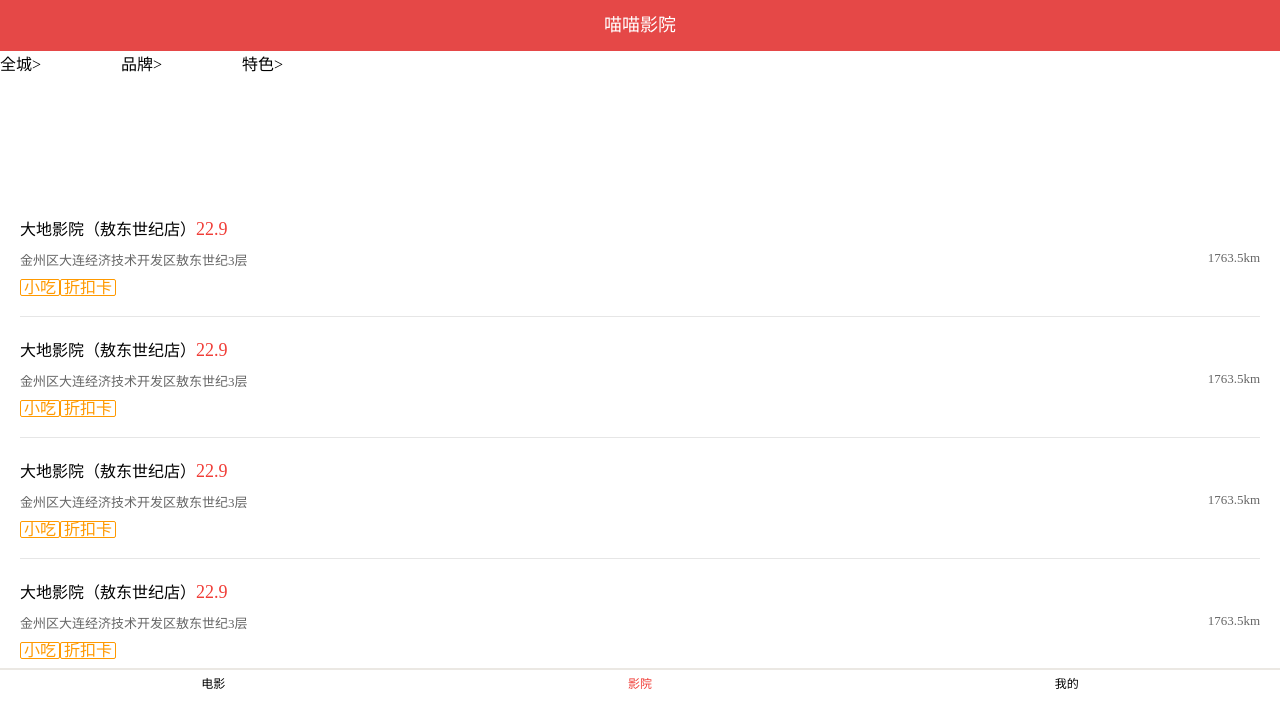
Repository: X-J-0/miaomiao_film
Page: /cinema (app in miaomiao/)
An editor plug-in stored every save of this project. The page is shown before and after the next save, followed by the edit.
The browser window is 1280 px wide. The pictures show the whole page.
The project was rebuilt for these pictures with package versions that can differ from the ones it lists, and the page was loaded fresh each time. Also part of the build but not shown: miaomiao/src/components/Allocate/index.vue. Imported but missing from the stored project, and not drawn on this page: miaomiao/src/components/Brand, miaomiao/src/components/Special.

Above is the page before, as saved 2020-03-24 19:41:58.

After the next save:
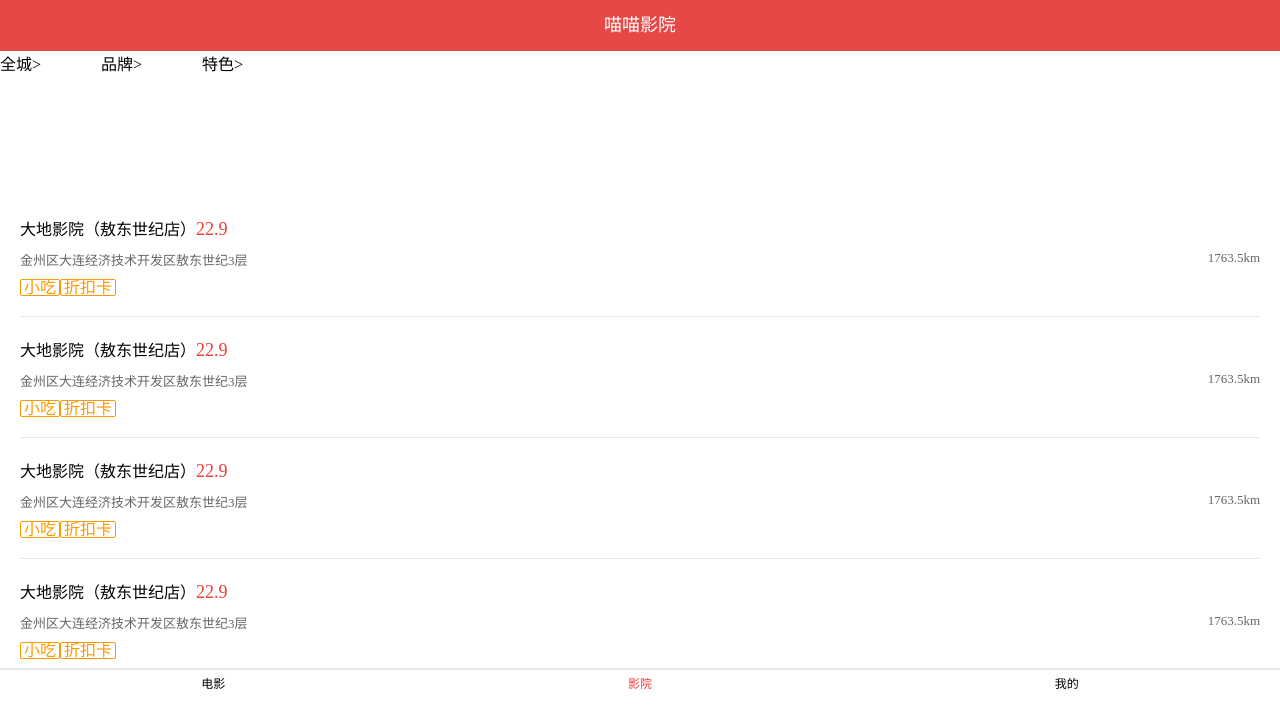
Saved 41 s later.
--- a/miaomiao/src/views/Cinema/index.vue
+++ b/miaomiao/src/views/Cinema/index.vue
@@ -41,7 +41,8 @@ export default {
 
 <style scoped>
 .cinema_menu li{
-  margin-right:80px;
+  margin-right: 10px;
+  margin-right:60px;
   float:left;
 }
 </style>
